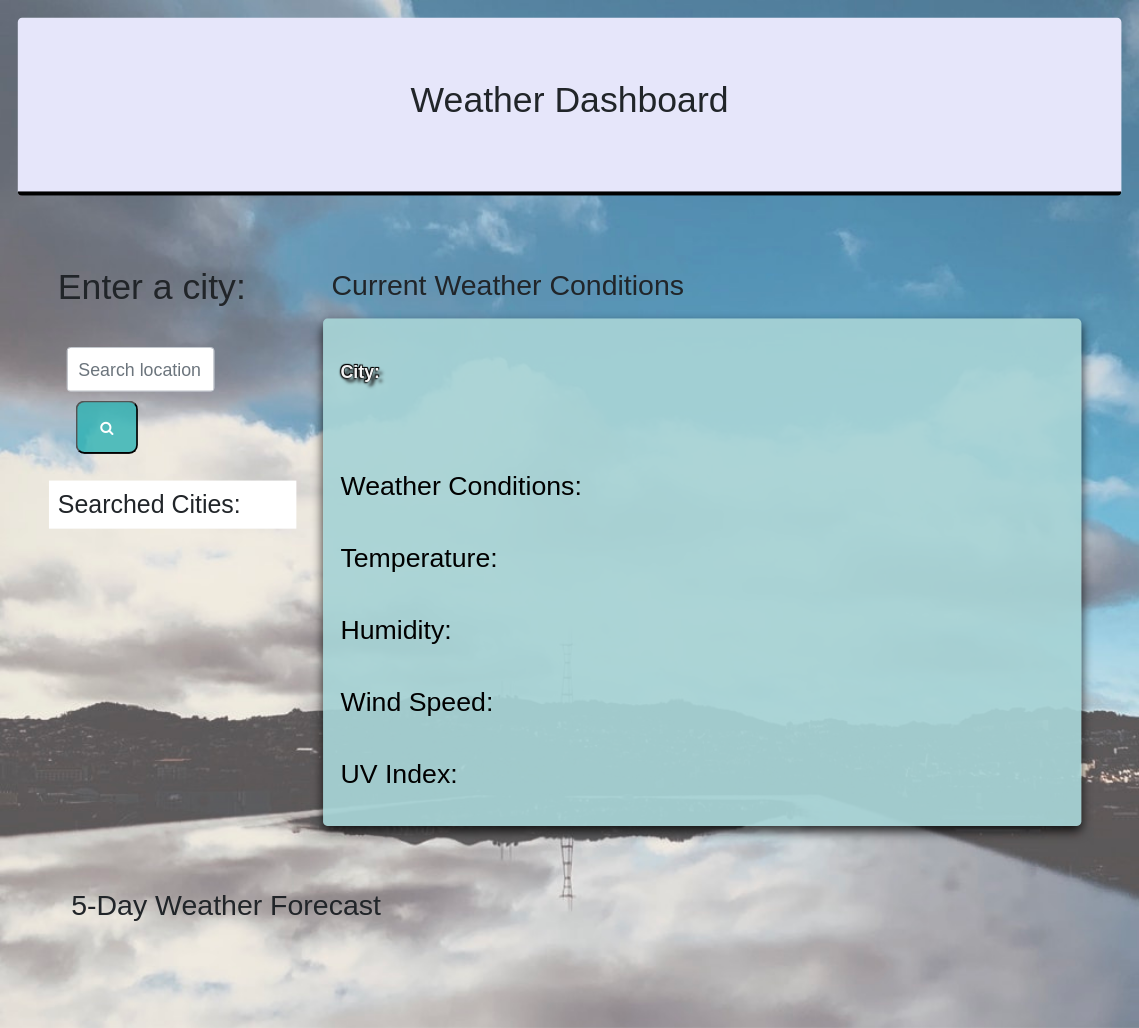
Repository: nsc9605/WeatherDashboard_API
Page: index.html
An editor plug-in stored every save of this project. The page is shown before and after the next save, followed by the edit.
The browser window is 1280 px wide. The pictures show the whole page, at 89% of full size.
Backgrounds fixed to the window are drawn as part of the page. Some web fonts or font styles are not loaded; a fallback is used. Some web libraries are served in a nearby version.

Above is the page before, as saved 2021-04-07 11:44:56.

### index.html
<!DOCTYPE html>
<html lang="en">
  <head>
    <meta charset="UTF-8" />
    <meta name="viewport" content="width=device-width, initial-scale=1.0" />
    <meta http-equiv="X-UA-Compatible" content="ie=edge" />
    <link rel="stylesheet" href="https://stackpath.bootstrapcdn.com/bootstrap/4.1.3/css/bootstrap.min.css" integrity="sha384-MCw98/SFnGE8fJT3GXwEOngsV7Zt27NXFoaoApmYm81iuXoPkFOJwJ8ERdknLPMO" crossorigin="anonymous">
    <link rel="preconnect" href="https://fonts.gstatic.com" />
    <link
      href="https://fonts.googleapis.com/css2?family=Yusei+Magic&display=swap"
      rel="stylesheet"
    />
    <link rel="stylesheet" href="https://cdnjs.cloudflare.com/ajax/libs/font-awesome/4.7.0/css/font-awesome.min.css">
    <link rel="stylesheet" href="assets/style.css" />
    <title>Weather Dashboard</title>
  </head>

  <body>

    <header class="jumbotron">
      <div class="p-5 text-center">
        <h1 class="mb-3">Weather Dashboard</h1>
      </div>
    </header>

    <div class="container-fluid">
      <div class="card-search">
        <div class="col-3">
          <label>Enter a city:</label>
          <div class="search-content">
            <form class="search-form">
              <input
                class="searchBox form-control"
                id="inputValue"
                type="text"
                name="cityInput"
                placeholder="Search location city, state..."
              />
            <div class="search-content">
                <button id="searchBtn">
                  <i class="fa fa-search text-white"></i>
                </button>
            </div>
            </form>
          </div>

        <!-- Search history to save locally -->

            <h3>Searched Cities: </h3>
            <div id="searchHistoryContainer"></div>
      </div>

      <div class="row">
        <div class="col-12">
          <h2>Current Weather Conditions</h2>
          <!-- Current weather card -->
            <div id="currentWeather" class="card-current">
              <h4 id="currentDate"></h4>
              <h5>City: <span id="currentCity"></span></h5>
              <div id="currentIcon"><img src=""  class="center"/></div>
              <p>Weather Conditions: <span id="weatherDescription"></span></p>
              <p>Temperature: <span id="temp"></span></p>
              <p>Humidity: <span id="humidity"></span></p>
              <p>Wind Speed: <span id="wind"></span></p>
              <p>UV Index: <span id="currentUVI"></span></p>
            </div>
          </div>
      </div>


       <!-- 5-Day Forecast Info -->
      <div class="row">
        <div class="col-12">
          <div class="forecast-info">
          <h2>5-Day Weather Forecast</h2>
              <div id="fiveDayContainers"></div>

          </div>
        </div>
      </div>

      <script src="https://code.jquery.com/jquery-3.3.1.slim.min.js" integrity="sha384-q8i/X+965DzO0rT7abK41JStQIAqVgRVzpbzo5smXKp4YfRvH+8abtTE1Pi6jizo" crossorigin="anonymous"></script>
      <script src="https://cdnjs.cloudflare.com/ajax/libs/moment.js/2.29.1/moment.min.js"></script>
      <script src="assets/script.js"></script>

</body>
</html>

### assets/style.css
* {
    box-sizing: border-box;
    font-family: 'Yusei Magic', sans-serif;
    padding: 10px
}

.jumbotron {
    text-align: center;
    background-color: lavender;
    border-bottom: 5px solid black;
    height: 200px;
    width: 100% auto;
    padding: 10px;
}


body {

    font-family: 'Yusei Magic', sans-serif;
    align-content: center;
    background: url("../assets/images/background.jpeg") no-repeat center center fixed;
    -webkit-background-size: cover;
    -moz-background-size: cover;
    -o-background-size: cover;
    background-size: cover;
}

label {
    font-size: 40px;
}

i {
    font-size: 20px;
}

h3 {
    background-color: white;
}

h4,
h5 {
    text-shadow: 4px 4px 4px rgb(19, 16, 16), -1px 1px 2px #000, 1px -1px 1px #000,
    -1px -1px 1px #000;
    font-weight: bold;
}

.saved-city-button {
    background-color: rgba(43, 177, 179, 0.797);
    color: white;
    /* -webkit-text-stroke: 1px black;
    -webkit-text-fill-color: white; */
    text-shadow: 5px 5px 5px rgba(0, 0, 0, 0.831);
    margin: 3px;
    border-radius: 5px;
}

.search-content {
    padding: 10px;

}

.searchBtn {

    color: white;
    height: 40px;
    width: 20%;
    font-size: 20px;
}

 .searchHistoryContainer {
     display: none;
     justify-content: space-between;
 }

.container {
    /* display: flex;
    flex-wrap: wrap; */
    margin-left: 10px;
    padding: 10px;
    width: 100vh;
    height: 50vh;
}

p {
    color: black;
}

.searchBox {
    font-size: 20px;
    height: 50px;
    width: 70px;
}


.row {
    font: 18px;
    height: 60%;
}

.col-3 {
    float: left;
    flex: wrap;
    width: 30%;
    padding: 10px;

}

.col-9 {
    width: 40%;
    float: right;
    flex: wrap;
    padding: 10px;
    margin: 10px;
}

.col-12 {
    padding: 10px;

}

#inputValue {
    width: 70%;
}

#searchBtn {
    background-color: rgba(43, 177, 179, 0.797);
    border-radius: 10px;
    width: 70px
}

.card-current {
    display: grid;
    grid: flex;
    flex-wrap: wrap;
    overflow: hidden;
    text-overflow: ellipsis;
    white-space: wrap;
    min-width: 40vh;
    width: 100%;
    align-items: center;
    background-color: rgba(167, 211, 213, 0.927);
    color: rgb(244, 244, 244);
    border-radius: 5px;
    box-shadow: 0 6px 12px 0 rgba(0, 0, 0, 0.831);
    font-size: 30px;
}

#fiveDayContainers {
    display: grid;
    grid-template-columns: 1fr 1fr 1fr 1fr 1fr;
    grid-gap: 30px;
    overflow: hidden;
    text-overflow: ellipsis;
    white-space: wrap;
    min-width: 40vh;
}

#fiveDayContainers >div {
    background-color: rgba(167, 211, 213, 0.927);
    color: rgb(255, 255, 255);
    border-radius: 5px;
    box-shadow: 0 6px 12px 0 rgba(0, 0, 0, 0.831);
}

.forecast-info {
    padding: 10px;
    margin: 10px;;
}

.row::after {
    content: "";
    clear: both;
    display: table;
  }


  /* Responsive Design  */
  @media screen and (max-width:900px) {
    #fiveDayContainers {
        display: grid;
        grid-template-columns: 50% 50%;
        grid-gap: 1em;
      }
  }

  @media screen and (max-width:576px) {
    #fiveDayContainers {
        display: grid;
        grid-template-columns: 100%;
        grid-gap: 1em;
      }
  }

  @media screen and (max-width:576px) {
    .card-current {
        display: grid;
        grid-template-columns: 100%;
        grid-gap: 1em;
      }
  }

### assets/script.js

  // Global Variables
  let apiKey = "c6c3415f70d6fade0d7d3230231ef65e";
  let lat = "";
  let lon = "";
  let currentCity = "#currentCity";
  let tempEl = "#temp";
  let humidityEl = "#humidity";
  let windEl = "#wind";
  let uvIndexEl = "#uvIndex";
  let cityNameEl = "#cityName";
  let weatherDescription = "#weatherDescription";

  // Save to localStorage
  function saveToStorage(cityInput) {
    var inputDataSaved = JSON.parse(localStorage.getItem("searchCity")) || [];
    inputDataSaved.push(cityInput);
    localStorage.setItem("searchCity", JSON.stringify(inputDataSaved));
  }

  // Save localStorage to page
  function renderSaveBtns() {
    let inputDataSaved = JSON.parse(localStorage.getItem("searchCity")) || [];


    document.querySelector("#searchHistoryContainer").innerHTML = "";
    inputDataSaved.forEach(function (citySearches) {
      let searchHistoryBtn = document.createElement("button");
      searchHistoryBtn.classList.add("saved-city-button");
      searchHistoryBtn.innerHTML = citySearches;
      // console.log(searchHistoryBtn)
      document
        .querySelector("#searchHistoryContainer")
        .prepend(searchHistoryBtn);
    });
  }
  function renderLastCity() {
    let inputDataSaved = JSON.parse(localStorage.getItem("searchCity")) || [];
    if (inputDataSaved.length > 0) {
      getWeather(inputDataSaved[inputDataSaved.length - 1]);
    };
  }
  renderSaveBtns();
  renderLastCity();

  // Submit event
  document
    .querySelector(".search-form")
    .addEventListener("submit", function (event) {
      event.preventDefault();
      let cityInput = document.querySelector("#inputValue").value;

      if (document.getElementById("inputValue").value === "") {
        alert("Please enter a city name!");
      } else if (cityInput === false) {
        alert("Please choose a different city!");
        // return;
      } else {
        getWeather(cityInput);
        saveToStorage(cityInput);
        renderSaveBtns();
      }
    });

  // Click event for each saved city button - dynamic
  var savedCityButtons = document.querySelectorAll(".saved-city-button");
  savedCityButtons.forEach(function (eachButton) {
    eachButton.addEventListener("click", function (e) {
      var city = eachButton.innerHTML;
      getWeather(city);
    });
  });

  // API call to get lat and lon coordinates
  function getWeather(cityName) {
    console.log(cityName);
    console.log(uviBadge);
    let queryURLForToday = `https://api.openweathermap.org/data/2.5/weather?q=${cityName}&units=imperial&appid=${apiKey}`;

    fetch(queryURLForToday)
      .then(function (weatherResponse) {
        return weatherResponse.json();
      })
      .then(function (data) {
        console.log(data);
        showWeatherForToday(cityName, data);
        // Call 5 day URL with lat lon from the one day response
        let queryURLForFiveDay = `https://api.openweathermap.org/data/2.5/onecall?lat=${data.coord.lat}&lon=${data.coord.lon}&units=imperial&appid=${apiKey}`;
        fetch(queryURLForFiveDay)
          .then(function (weatherResponse) {
            return weatherResponse.json();
          })
          .then(function (fiveDayData) {
            console.log(fiveDayData);
            showFiveDayWeather(fiveDayData);
          });
      });
  }

  // Show data on page
  function showWeatherForToday(cityName, data) {
    document.querySelector("#currentDate").innerHTML = moment().format(
      "MMMM Do, YYYY"
    );
    document.querySelector("#weatherDescription").innerHTML =
      data.weather[0].description;
    document.querySelector(
      "#currentIcon"
    ).innerHTML = `<img src="http://openweathermap.org/img/wn/${data.weather[0].icon}@2x.png"/>`;
    document.querySelector("#currentCity").innerHTML = cityName;
    document.querySelector("#temp").innerHTML =
      Math.round(data.main.temp) + "°F";
    document.querySelector("#humidity").innerHTML = data.main.humidity + "%";
    document.querySelector("#wind").innerHTML =
      Math.round(data.wind.speed) + "mph";

    $("#card-text").empty();
  }

  // five day
  function showFiveDayWeather(data) {
    // Grabs UVI info from 5-day forecast API
    let currentUVI = (document.querySelector(
      "#currentUVI"
    ).innerHTML = Math.round(data.current.uvi));

    // Set loop for 5-day weather
    document.querySelector("#fiveDayContainers").innerHTML = "";
    for (var i = 0; i < 5; i++) {
      let forecastDates = moment()
        .add(i + 1, "days")
        .format("ddd MM/DD/YYYY");
      // Build HTML from js for 5-day forecast
      let day = document.createElement("div");
      day.innerHTML = [
        `<h5>${forecastDates}</h5>
      <img src="https://openweathermap.org/img/wn/${
        data.daily[i].weather[0].icon
      }@2x.png">
      <p>${data.daily[i].weather[0].description}</p>
      <p>Temperature: ${Math.round(data.daily[i].temp.day)}°F</p>
      <p>Humidity: ${data.daily[i].humidity}%</p>`,
      ];
      document.querySelector("#fiveDayContainers").appendChild(day);
    }
    uviBadge(data);
    $("#card-text").empty();
  }

  // SET BADGES FOR UVI HIGH / LOW
  function uviBadge(data) {
    let currentUVI = $("#currentUVI");
    currentUVI.innerHTML = Math.round(data.current.uvi);

    if (data.current.uvi <= 2) {
      currentUVI.addClass("badge badge-success");
    } else if (data.current.uvi > 2 && data.current.uvi <= 5) {
      currentUVI.addClass("badge badge-warning");
    } else if (data.current.uvi > 5) {
      currentUVI.addClass("badge badge-danger");
    }
  }

After the next save:
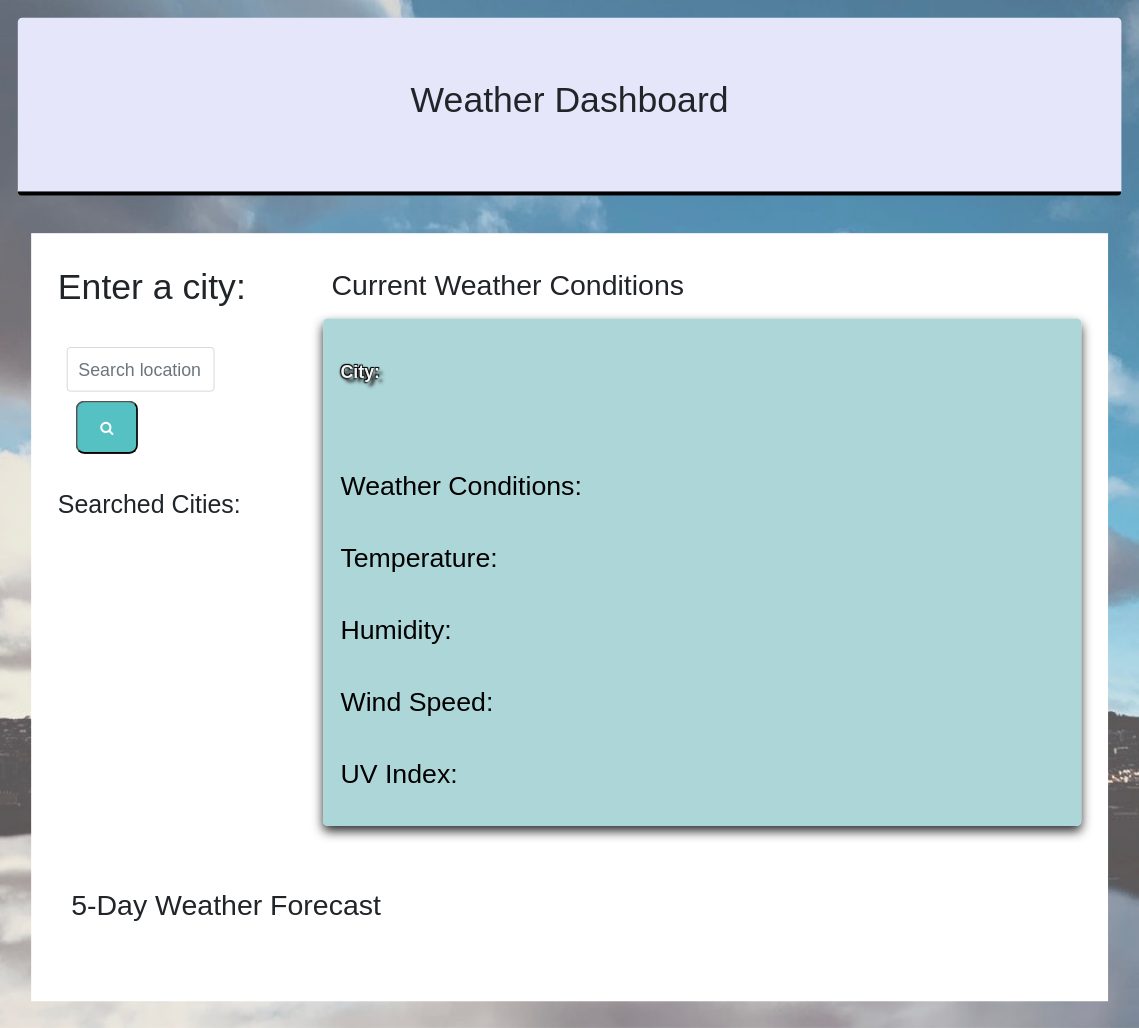
Saved 74 s later.
--- a/assets/style.css
+++ b/assets/style.css
@@ -33,8 +33,8 @@ i {
     font-size: 20px;
 }
 
-h3 {
-    background-color: white;
+.card-search {
+    background: white;
 }
 
 h4,
